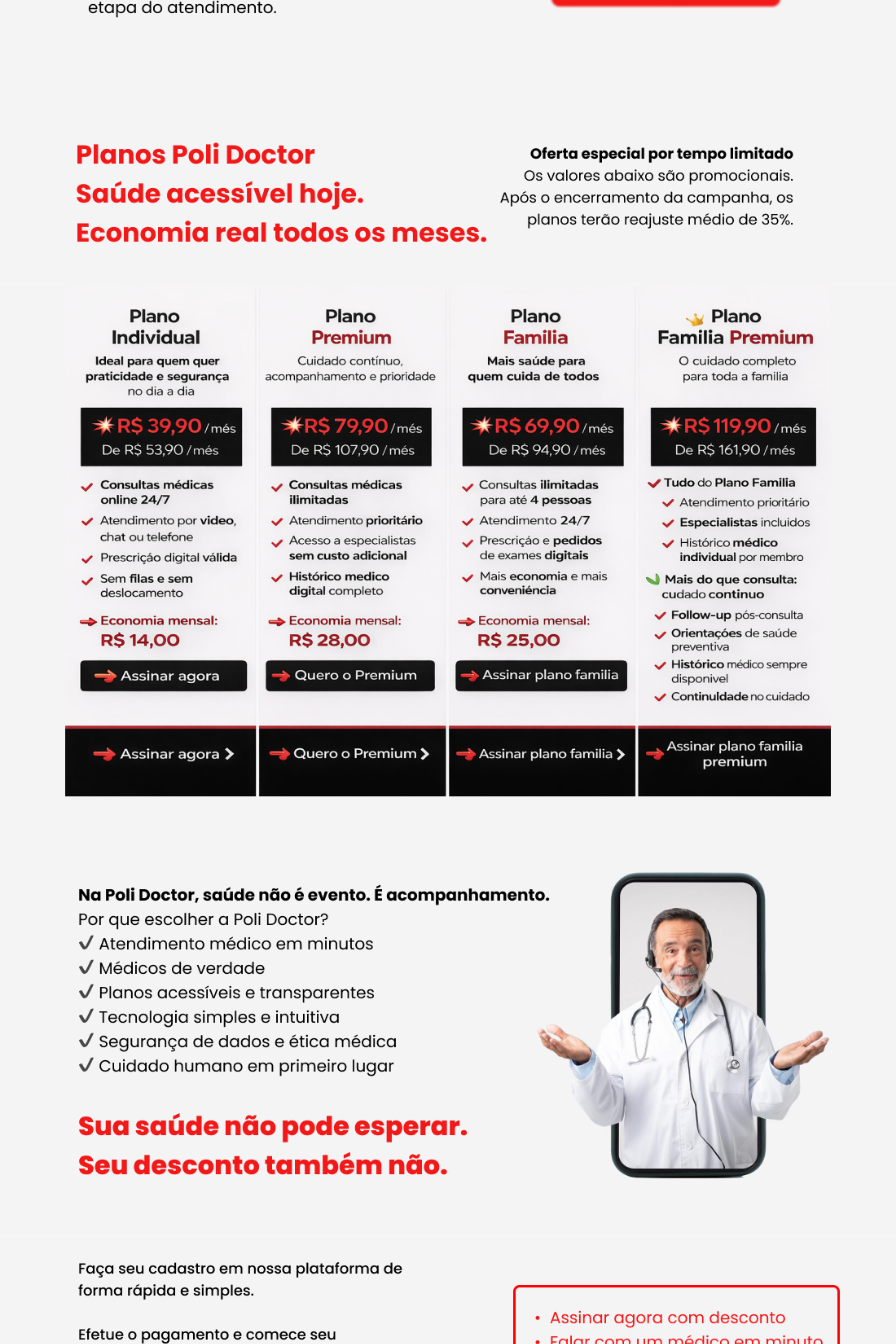
Repository: RenSkywalker/poli-doctor-landing
Page: index.html
An editor plug-in stored every save of this project. The page is shown before and after the next save, followed by the edit.
The browser window is 1280 px wide. The pictures show the part of the page from y = 2624 to 4544 px (the page is 5128 px tall), at 70% of full size.

Above is the page before, as saved 2026-01-27 18:14:01.

After the next save:
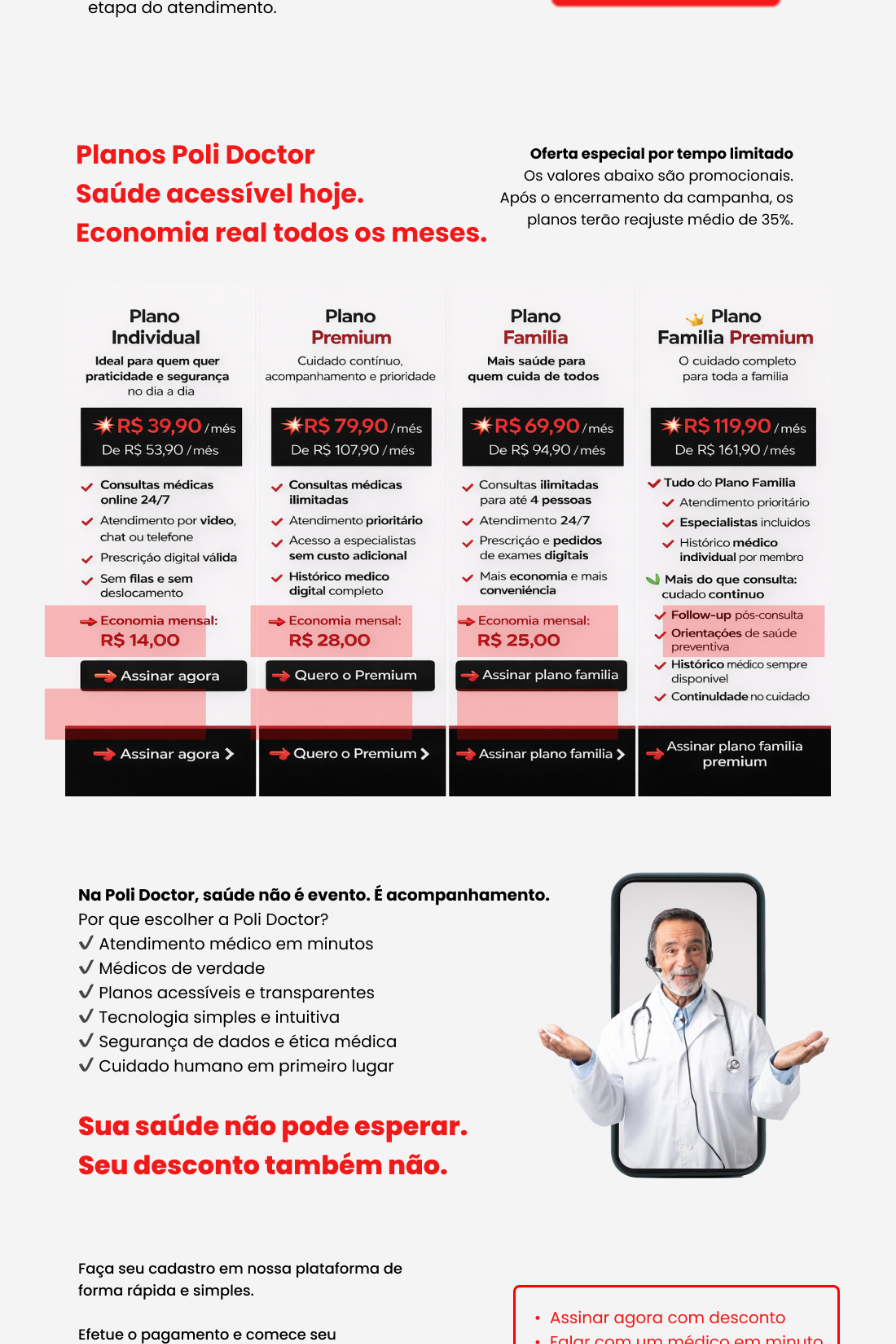
Saved 63 s later.
--- a/css/style.css
+++ b/css/style.css
@@ -411,6 +411,7 @@
 .plano-link {
   position: absolute;
   cursor: pointer;
+  background: rgba(255, 0, 0, 0.25);
 }
 
 /* 🔴 LINHA SUPERIOR (4 planos) */
